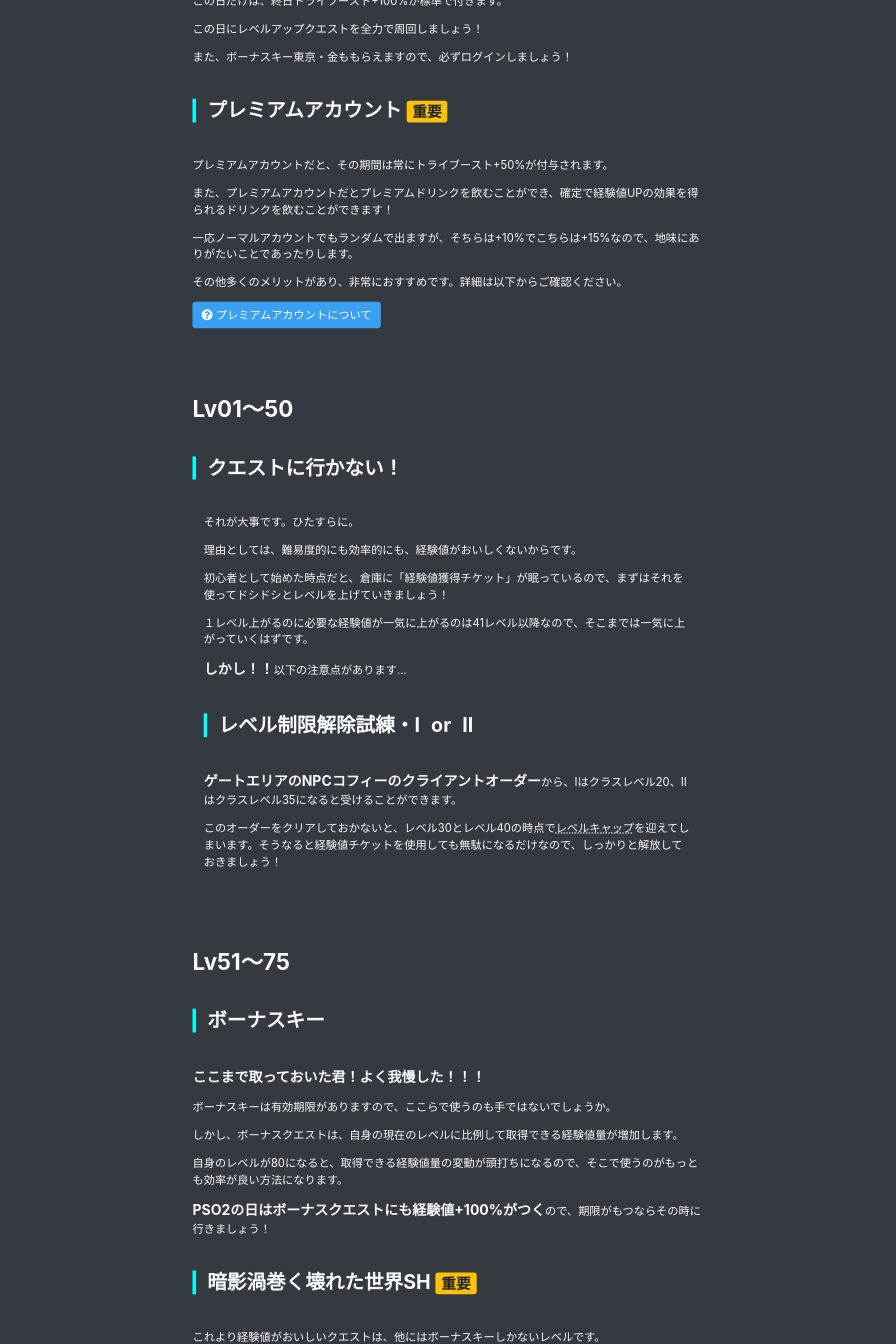
Repository: milkyahonpo/Website_source
Page: docs/capture.html
The author's editor kept a copy of each file at every save. The page is drawn from the files as they stood at one save, then again after the next save.
The browser window is 1280 px wide. The pictures show the part of the page from y = 4580 to 6500 px (the page is 9694 px tall), at 70% of full size.
Some web libraries are served in a nearby version.

Above is the page before, as saved 2020-01-24 12:38:32.

### docs/capture.html
<!DOCTYPE html>
<html lang="ja">
  <head>
    <!-- Required meta tags -->
    <meta charset="utf-8">
    <meta name="viewport" content="width=device-width, initial-scale=1, shrink-to-fit=no">
    <!-- Bootstrap CSS -->
    <link rel="stylesheet" href="https://stackpath.bootstrapcdn.com/bootstrap/4.3.1/css/bootstrap.min.css" integrity="sha384-ggOyR0iXCbMQv3Xipma34MD+dH/1fQ784/j6cY/iJTQUOhcWr7x9JvoRxT2MZw1T" crossorigin="anonymous">
    <!-- My CSS -->
    <link rel="stylesheet" href="css/capture.css">
    <!-- favicon -->
    <link rel="shortcut icon" href="img/favicon.ico">
    <!-- Font Awesome -->
    <link href="https://use.fontawesome.com/releases/v5.6.1/css/all.css" rel="stylesheet">
    <!-- Google Fonts -->
    <link href="https://fonts.googleapis.com/css?family=Titillium+Web&display=swap" rel="stylesheet">

    <title>みるく屋本舗 - 攻略本 -</title>
  </head>

  <body>
  <!-- Navigation -->
  <nav class="navbar navbar-expand-lg navbar-light fixed-top py-3" id="mainNav">
    <div class="container">
      <a class="navbar-brand" href="index.html">
        <img src="./img/logo.png" width="50" height="50" alt="">
        <b>みるく屋本舗</b>
      </a>
      <button class="navbar-toggler navbar-togglar-right" type="button" data-toggle="collapse" data-target="#navbarResponsive" aria-controls="navbarResponsive" aria-expanded="false" aria-label="Toggle navigation">
        <span class="navbar-toggler-icon"></span>
      </button>
      <div class="collapse navbar-collapse" id="navbarResponsive">
        <ul class="navbar-nav ml-auto my-2 my-lg-0">
          <li class="nav-item">
            <a class="nav-link js-scroll-trigger" href="#basic">基礎知識</a>
          </li>
          <li class="nav-item">
            <a class="nav-link js-scroll-trigger" href="#lv1-50">Lv01～Lv50</a>
          </li>
          <li class="nav-item">
            <a class="nav-link js-scroll-trigger" href="#lv51-75">Lv51～Lv75</a>
          </li>
          <li class="nav-item">
            <a class="nav-link js-scroll-trigger" href="#lv76-80">Lv76～Lv80</a>
          </li>
          <li class="nav-item">
            <a class="nav-link js-scroll-trigger" href="#lv81-90">Lv81～Lv90</a>
          </li>
        </ul>
      </div>
    </div>
  </nav>
  <!-- About Section -->
  <section class="page-section h-100 bg-dark text-light">
    <div class="container h-100">
      <div class="row h-100 justify-content-center align-items-center">
        <div class="col-lg-8">
          <h2 class="display-1 mt-0 font-weight-bold text-center"><span style="color: cyan;">攻</span>略本</h2>
          <hr class="divider my-4">
          <p class="lead text-center">チムメンに役立つ育成情報を掲載します！</p>
          <p class="text-center"><small>最終更新 : 2020/01/23</small></p>
        </div>
      </div>
    </div>
  </section>

  <section class="page-section bg-dark text-light">
    <div class="container">
      <div class="row py-5 justify-content-center" id="basic">
        <div class="col-md-8">
          <h2 class="font-weight-bold">基礎知識</h2>
          <h3 class="my-5 pl-3"><strong class="font-weight-bold">メインクラスとサブクラス</strong></h3>
          <p>
            PSO2には「メインクラス」と「サブクラス」があります。
            <ul>
              <li>「メインクラス」装備できる武器に影響するクラス</li>
              <li>「サブクラス」一部のスキルとステータスの影響を受けるクラス<br>
            </ul>
            以下にクラス一覧と、その装備できる武器について示します。
          <p>
          <p class="alert alert-info">ガンスラッシュはどのクラスでも使用することができます。</p>
          <h4>通常クラス</h4>
          <table class="table table-striped table-hover my-3 table-dark">
            <tr><th>アイコン</th><th>クラス名</th><th>略称</th><th>装備できる武器</th></tr>
            <tr><td><img class="img-thumbnail" src="img/Hu.png"　style="display: inline-block" width="50px" height="auto"></td><td><a href="https://pso2.swiki.jp/index.php?%E3%83%8F%E3%83%B3%E3%82%BF%E3%83%BC">ハンター</a></td><td>Hu</td><td><ul><li>ソード</li><li>ワイヤードランス</li><li>パルチザン</li></ul></td></tr>
            <tr><td><img class="img-thumbnail" src="img/Fi.png"　style="display: inline-block" width="50px" height="auto"></td><td><a href="https://pso2.swiki.jp/index.php?%E3%83%95%E3%82%A1%E3%82%A4%E3%82%BF%E3%83%BC">ファイター</a></td><td>Fi</td><td><ul><li>ツインダガー</li><li>ダブルセイバー</li><li>ナックル</li></ul></td></tr>
            <tr><td><img class="img-thumbnail" src="img/Ra.png"　style="display: inline-block" width="50px" height="auto"></td><td><a href="https://pso2.swiki.jp/index.php?%E3%83%AC%E3%83%B3%E3%82%B8%E3%83%A3%E3%83%BC">レンジャー</a></td><td>Ra</td><td><ul><li>ランチャー</li><li>アサルトライフル</li></ul></td></tr>
            <tr><td><img class="img-thumbnail" src="img/Gu.png"　style="display: inline-block" width="50px" height="auto"></td><td><a href="https://pso2.swiki.jp/index.php?%E3%82%AC%E3%83%B3%E3%83%8A%E3%83%BC">ガンナー</a></td><td>Gu</td><td><ul><li>ツインマシンガン</li><li>アサルトライフル</li></ul></td></tr>
            <tr><td><img class="img-thumbnail" src="img/Fo.png"　style="display: inline-block" width="50px" height="auto"></td><td><a href="https://pso2.swiki.jp/index.php?%E3%83%95%E3%82%A9%E3%83%BC%E3%82%B9">フォース</a></td><td>Fo</td><td><ul><li>ロッド</li><li>タリス</li></ul></td></tr>
            <tr><td><img class="img-thumbnail" src="img/Te.png"　style="display: inline-block" width="50px" height="auto"></td><td><a href="https://pso2.swiki.jp/index.php?%E3%83%86%E3%82%AF%E3%82%BF%E3%83%BC">テクター</a></td><td>Te</td><td><ul><li>ウォンド</li><li>タリス</li></ul></td></tr>
            <tr><td><img class="img-thumbnail" src="img/Br.png"　style="display: inline-block" width="50px" height="auto"></td><td><a href="https://pso2.swiki.jp/index.php?%E3%83%96%E3%83%AC%E3%82%A4%E3%83%90%E3%83%BC">ブレイバー</a></td><td>Br</td><td><ul><li>カタナ</li><li>バレットボウ</li></ul></td></tr>
            <tr><td><img class="img-thumbnail" src="img/Bo.png"　style="display: inline-block" width="50px" height="auto"></td><td><a href="https://pso2.swiki.jp/index.php?%E3%83%90%E3%82%A6%E3%83%B3%E3%82%B5%E3%83%BC">バウンサー</a></td><td>Bo</td><td><ul><li>ジェットブーツ</li><li>デュアルブレード</li></ul></td></tr>
            <tr><td><img class="img-thumbnail" src="img/Su.png"　style="display: inline-block" width="50px" height="auto"></td><td><a href="https://pso2.swiki.jp/index.php?%E3%82%B5%E3%83%A2%E3%83%8A%E3%83%BC">サモナー</a></td><td>Su</td><td><ul><li>タクト</li></ul></td></tr >
          </table>
          <div class="my-5">
            <p>これらの通常クラスのいずれか２つをレベル75にすることで選択可能になる<strong class="lead font-weight-bold">「後継クラス」</strong>というものがあります。</p>
            <p>後継クラスは現状で３つあり、ファントムとエトワールはサブクラスとしてセットすることができますが、メインクラスとして使う場合、<strong class="lead font-weight-bold">全てサブクラスをセットすることができません。</strong>その代わりに、各クラス特徴のある強力なクラススキルを有しており、非常に優秀なクラスとなっています。</p>
          </div>
          <h4>後継クラス</h4>
          <table class="table table-striped table-hover my-3 table-dark">
            <tr><th>アイコン</th><th>クラス名</th><th>略称</th><th>装備できる武器</th></tr>
            <tr><td><img class="img-thumbnail" src="img/Hr.png"　style="display: inline-block" width="50px" height="auto"></td class="align-items-center"><td><a href="https://pso2.swiki.jp/index.php?%E3%83%92%E3%83%BC%E3%83%AD%E3%83%BC">ヒーロー</a></td><td>Hr</td><td><ul><li>ソード</li><li>ツインマシンガン</li><li>タリス</li></ul></td></tr>
            <tr><td><img class="img-thumbnail" src="img/Ph.png"　style="display: inline-block" width="50px" height="auto"></td><td><a href="https://pso2.swiki.jp/index.php?%E3%83%95%E3%82%A1%E3%83%B3%E3%83%88%E3%83%A0">ファントム</a></td><td>Ph</td><td><ul><li>カタナ</li><li>アサルトライフル</li><li>ロッド</li></td></tr>
            <tr><td><img class="img-thumbnail" src="img/Et.png"　style="display: inline-block" width="50px" height="auto"></td><td><a href="https://pso2.swiki.jp/index.php?%E3%82%A8%E3%83%88%E3%83%AF%E3%83%BC%E3%83%AB">エトワール</a></td><td>Et</td><td><ul><li>ダブルセイバー</li><li>デュアルブレード</li><li>ウォンド</li></td></tr>
          </table>
          <p>「メインクラス」は、当然ですが入手した経験値の100%が加算されます。</p>
          <p>「サブクラス」も、セットしておくだけでサブクラスがレベル70までは<strong class="lead font-weight-bold">メインクラスが獲得した経験値の25%</strong>が加算されます。</p>
          <p>そのため、必ずサブクラスをつけておきましょう。</p>

          <h3 class="my-5 pl-3"><strong class="font-weight-bold"><abbr title="特殊能力(DL先のファイルに詳細)">OP</abbr>・<abbr title="S級特殊能力(DL先のファイルに詳細)">SOP</abbr>付け</strong></h3>
          <p>PSO2の武器や<abbr title="防具のこと">ユニット</abbr>には、OPと呼ばれる特殊能力を付与することができます。</p>
          <p>これを付けていないとどれだけ頑張っても火力が出なかったり、伸び悩んでしまう原因になります。</p>
          <p>最初のうちに理解するのは難しい要素でもあるのですが、以下のファイルにOPの付け方をまとめてあるので、ダウンロードして必ず理解するようにしましょう！！</p>
          <a class="text-decoration-none" href="./document/PSO2 OP付け覚書.pdf" download="PSO2 OP付け覚書.pdf">
            <button class="btn btn-primary">
              <span class="text-decoration-none"><i class="fas fa-download"></i><b class="px-1">PSO2 OP付け覚書.pdf</b></span>
            </button>
          </a>
          <h3 class="my-5 pl-3"><strong class="font-weight-bold">ブーストアイテム</strong></h3>
          <p>PSO2には、経験値やメセタやレアドロの確率を一時的に上昇させる、トライブーストをはじめとした「ブーストアイテム」が多種類存在します。</p>
          <p>経験値を稼ぐためには、ブーストを使用したほうが有利ですので、必ず使用してクエストに行くことを忘れないようにしましょう。</p>
          <p>同じ名前のブーストアイテムを使用しても効果は多くならないので、違う名前のブーストを組み合わせることでより良い効果を得ることができます。</p>
          <p>元々の経験値を100%とすると...</p>
          <div class="card mb-3 text-dark">
            <div class="card-body">
            <p><b>例１)トライブースト+100%と経験値+75%を使用した場合の経験値取得率</b></p>
            <strong class="my-1 display-4"><var>100</var> + <var>100</var> + <var>75</var> = <var>275</var>%</strong>
            </div>
          </div>
          <p>上記のように、ブーストアイテムの効果は加算によって求められます。</p>

          <h3 class="my-5 pl-3"><strong class="font-weight-bold">パーティーブースト </strong><span class="badge badge-warning">重要</span></h3>
          <p>PSO2では、パーティーを組むことによって「パーティーブースト」と呼ばれる、<abbr title="略称「トラブ」 メセタ、レアドロ、経験値獲得量UP">トライブースト</abbr>が付与されます。</p>
          <p>先ほどのブーストアイテムについての項目でお話しましたが、ブーストアイテムの効果は加算によって求めることができます。</p>
          <p>しかし、<strong class="lead font-weight-bold">パーティーブーストだけは乗算でかかります。</strong>パーティーが二人以上の場合のパーティーの人数をXとすると、パーティーブーストは1.X倍になります。</p>
          <div class="card mb-3 text-dark">
            <div class="card-body">
            <p><b>例２)例１の場合でパーティー４人の場合の経験値取得率</b></p>
            <strong class="my-1 display-4"><var>275</var> * <var>1.4</var> = <span class="enh"><var>385</var>%</span></strong><br>
            </div>
          </div>
          <p>絶対に４人パーティーで行きましょう！</p>

          <h3 class="my-5 pl-3"><strong class="font-weight-bold">PSO2の日(毎月2日 +プレミアムは22日)</strong></h3>
          <p>この日だけは、終日トライブースト+100%が標準で付きます。</p>
          <p>この日にレベルアップクエストを全力で周回しましょう！</p>
          <p>また、ボーナスキー東京・金ももらえますので、必ずログインしましょう！</p>

          <h3 class="my-5 pl-3"><strong class="font-weight-bold">プレミアムアカウント </strong><span class="badge badge-warning">重要</span></h3>
          <p>プレミアムアカウントだと、その期間は常にトライブースト+50%が付与されます。</p>
          <p>また、プレミアムアカウントだとプレミアムドリンクを飲むことができ、確定で経験値UPの効果を得られるドリンクを飲むことができます！</p>
          <p>一応ノーマルアカウントでもランダムで出ますが、そちらは+10%でこちらは+15%なので、地味にありがたいことであったりします。</p>
          <p>その他多くのメリットがあり、非常におすすめです。詳細は以下からご確認ください。</p>
          <a href="http://pso2.jp/players/manual/preparations/ac/#sys-manual-513"><button class="btn btn-primary"><i class="fas fa-question-circle"></i> プレミアムアカウントについて</button></a>
        </div>
      </div>
      <div class="row py-5 justify-content-center" id="lv1-50">
        <div class="col-lg-8">
          <h2><b>Lv01～50</b></h2>
          <h3 class="my-5 pl-3"><strong class="font-weight-bold">クエストに行かない！</strong></h3>
          <section class="px-3">
            <p>それが大事です。ひたすらに。</p>
            <p>理由としては、難易度的にも効率的にも、経験値がおいしくないからです。</p>
            <p>初心者として始めた時点だと、倉庫に「経験値獲得チケット」が眠っているので、まずはそれを使ってドシドシとレベルを上げていきましょう！</p>
            <p>１レベル上がるのに必要な経験値が一気に上がるのは41レベル以降なので、そこまでは一気に上がっていくはずです。</p>
            <p><strong class="lead font-weight-bold">しかし！！</strong>以下の注意点があります...</p>
            <h3 class="my-5 pl-3"><strong class="font-weight-bold">レベル制限解除試練・Ⅰ<span class="mx-3">or</span>Ⅱ</strong></h3>
            <p><strong class="lead font-weight-bold">ゲートエリアのNPCコフィーのクライアントオーダー</strong>から、Ⅰはクラスレベル20、Ⅱはクラスレベル35になると受けることができます。</p>
            <p>このオーダーをクリアしておかないと、レベル30とレベル40の時点で<abbr title="レベルがそれ以上上がらない状態になること">レベルキャップ</abbr>を迎えてしまいます。そうなると経験値チケットを使用しても無駄になるだけなので、しっかりと解放しておきましょう！</p>
        </div>
      </div>
      <div class="row py-5 justify-content-center" id="lv51-75">
        <div class="col-lg-8">
          <h2 class="mb-5"><b>Lv51～75</b></h2>
          <h3 class="my-5 pl-3"><strong class="font-weight-bold">ボーナスキー</strong></h3>
          <p><strong class="lead font-weight-bold">ここまで取っておいた君！よく我慢した！！！</strong></p>
          <p>ボーナスキーは有効期限がありますので、ここらで使うのも手ではないでしょうか。</p>
          <p>しかし、ボーナスクエストは、自身の現在のレベルに比例して取得できる経験値量が増加します。</p>
          <p>自身のレベルが80になると、取得できる経験値量の変動が頭打ちになるので、そこで使うのがもっとも効率が良い方法になります。</p>
          <p><strong class="lead font-weight-bold">PSO2の日はボーナスクエストにも経験値+100%がつく</strong>ので、期限がもつならその時に行きましょう！</p>

          <h3 class="my-5 pl-3"><strong class="font-weight-bold">暗影渦巻く壊れた世界SH </strong><span class="badge badge-warning">重要</span></h3>
          <p>これより経験値がおいしいクエストは、他にはボーナスキーしかないレベルです。</p>
          <p>圧倒的経験値効率を誇るクエストなので、レベリングには必ず行きましょう！</p>
          <p><strong class="lead font-weight-bold">レベルアップクエストの仕様上、5日周期で1日来る</strong>ので必ずチェックしておきましょう。</p>

          <h3 class="my-5 pl-3"><strong class="font-weight-bold">クラスごとの<abbr title="スキルポイント スキルツリーのスキルを取得するために必要になる レベル1UPごとに1SP">SP</abbr>取得クライアントオーダー </strong><span class="badge badge-warning">重要</span></h3>
          <p>レベル75になると、クラスキューブというアイテムを渡すことによって、クラスごとにSPを獲得できるクライアントオーダーが解放されます。</p>
          <p>クラスキューブとは、ハンターであれば「Huエクスキューブ」といったような、クラスの略称がついたアイテムになります。</p>
          <p>全てのクラス共通で、最初は1個、次は2個、3個、4個と要求数が増えていき、全4つのオーダーで合計10個のクラスキューブが必要になります。</p>
          <p><strong class="lead font-weight-bold">ゲートエリアのNPCシロナの「トレジャーショップ」</strong>から、SGまたはメセタを使用してクラスキューブを購入することができます。売っているクラスキューブは日替わりなので、自分の欲しいクラスキューブが陳列された時に購入しましょう！</p>

          <p>また、レベル90のレベルキャップに到達した状態でレベルアップすることで、そのクラスのクラスキューブを<strong class="lead font-weight-bold">レベルアップごとに７個</strong>取得することができます。</p>
        </div>
      </div>
          <!--
          <h3 class="my-5 pl-3"><strong class="font-weight-bold">レベル75制限解除試験・○○ </strong><span class="badge badge-info">後継クラスのみ</span></h3>
          <p>レベル75制限解除試験とは、その名の通りレベル75のレベルキャップを解放するクライアントオーダーです。</p>
          <p>これまでもレベル30の時点やレベル40の時点にも存在したものと同じになります。</p>
          <p>このレベルキャップ解放はクラスごとにクリアする必要があります。</p>
          <p>条件は、<br>
          <strong class="lead font-weight-bold">「<abbr title="ガンスラッシュは対象外です">メインクラスで装備できる武器種</abbr>の☆13以上を+35まで強化する」</strong><br>
          というものになります。</p>
          <p><strong class="lead font-weight-bold">ゲートエリアのNPCプリンの「コレクトシート」</strong>で、☆13武器の+35をゲットするだけで達成することができます。</p>
          <p>コレクトシートとは、数あるアイテムの中から自身が欲しいアイテムを選択し、そのアイテムのシートを入手したのちに、シート中に記載されている必要項目を全達成することで対象のアイテムが入手できるというものです。</p>
          <p>それぞれの項目に指定された条件を達成すると項目のゲージが上昇していき、ゲージが最大になった時にドロップするアイテムを入手することで項目が達成されます。</p>
          <p>基本的にコレクトシートの項目の条件は、入手した時点で開催されている緊急クエストや期間限定クエストで達成できるものが設定されているので、どんどん参加しましょう！</p>
          -->

      <div class="row py-5 justify-content-center" id="lv76-80">
        <div class="col-lg-8">
          <h2 class="mb-5"><b>Lv76～80</b></h2>
          <h3 class="my-5 pl-3"><strong class="font-weight-bold">必要経験値の異常なまでの上昇 </strong><span class="badge badge-danger">難関</span></h3>
          <p><strong class="lead font-weight-bold">今までとは比べ物にならないくらいにレベルが上がらなくなってきます。</strong></p>
          <p>ただ、昔のPSO2と比較したら今はボーナスキーもあり、レベルアップクエストなんてものもあり、
          そのうえPSO2の日では経験値+100%で、プレミアムなら毎日トライブースト+50%もつくだって！？</p>
          <strong class="lead font-weight-bold">めげずに頑張りましょう！私たちがついています！</strong>

          <h3 class="my-5 pl-3"><strong class="font-weight-bold">ボーナスキー </strong></h3>
          <p>それはここでも同じです。</p>
          <p>PSO2で経験値が一番おいしいクエストは間違いなくボーナスキー！</p>
          <p>手に入れたらPSO2の日をねらって絶対に行きましょう！</p>
          <p>(ブーストアイテムを忘れずにね！)</p>

          <h3 class="my-5 pl-3"><strong class="font-weight-bold">暗影渦巻く壊れた世界XH </strong><span class="badge badge-success">更新時点 推奨</span></h3>
          <p>現状最強武器の「リバレイト〇〇」という武器の入手にはクラスキューブが必要になります。</p>
          <p>また、2020/02/05まで開催されている<a href="http://pso2.jp/players/event/newyear2020/">SPACE MAGATSU DESTROYERS</a>の個人ポイント獲得はこの暗影でもためることができ、暗影は1周2分で周回できるので非常に高効率となっています。(本来あってはならないことかもしれませんが...)</p>
          <p>以上の理由から、現時点では高レベルのプレイヤーも暗影を周回しており、人がすぐに集まることも多いため、以下に記載してあるSHを周回するよりも圧倒的に高効率でレベルアップすることができます。</p>

          <h3 class="my-5 pl-3"><strong class="font-weight-bold">暗影渦巻く壊れた世界SH </strong><span class="badge badge-secondary">更新時点 非推奨</span></h3>
          <p>「え？なんでまだこの段階でもXH行かないの？」</p>
          <p>そう思う方も多いことでしょう。</p>
          <p>試しにXHに行ってみた方はわかると思いますが、
          <strong class="lead font-weight-bold">クエストに12人いることのほうが少ないです。</strong></p>
          <p>理由はSHとXHの受注可能なレベル帯の差にあります。</p>
          <p>SHはレベル50から受注可能で、XHには、メインサブの双方を75まで上げないと行けません。</p>
          <p>なので、SHを回るのは、75-50=レベル25分の幅の方で、
          なおかつメインはレベル75であってもサブはまだという方も含まれます。</p>
          <p>それに対してXHはレベル75から受注可能で、最大はレベル90です。</p>
          <p>なので、XHを回るのは、90-75=レベル15分の幅の方で、
          なおかつメインサブ双方が75以上である方です。</p>
          <p>それゆえに、暗影で人数が集まるのは必然的にSHとなるわけです。</p>
          <p>人数が集まるということは、パーティーが組めるのでブーストがのる。</p>
          <p><strong class="lead font-weight-bold">そういうことです！</strong></p>

          <h3 class="my-5 pl-3"><strong class="font-weight-bold">クラスごとのSP取得クライアントオーダー </strong></h3>
          <p>Lv51～75で前述のとおりです。</p>
          <p>もしもレベル75の時点でやっていなかったのであれば、必ずここで済ませてしまいましょう！</p>

          <!--
          <h3 class="my-5 pl-3"><strong class="font-weight-bold">レベル80制限解除試験・○○ </strong></h3>
          <p>「またレベルキャップか・・・」</p>
          <p>安心してください。今回のは<b>めちゃくちゃ簡単</b>です。</p>
          <p>レベルを75にした時点で称号報酬でもらっていた、３つの<strong class="lead font-weight-bold">「サブ／ステラウォール」</strong>というユニット。</p>
          <p>若しくは、ここまで暗影を周回している人なら持っているであろう「ウェポンズバッジ2019」。</p>
          <p>それとバッジ交換ショップで交換できる☆12ユニットの、</p>
          <p><strong class="lead font-weight-bold">「リア／サーキュレイ」、「アーム／サーカレイ」、「レッグ／サークレイ」</strong>。</p>
          <p>そのどちらかのシリーズを全て+10にしてから装備して話しかけるだけで達成できます。</p>
          <p>ユニットの強化は、武器と比較してものすごく簡単なので、
          強化値+7までは補助アイテム何も無しで上げていき、
          +8以降は、「強化成功率+5%」と「強化リスク軽減(+1)」を使用して上げていくだけで十分です。</p>
          <p>もっていないのであれば、どちらも非常に安価にマイショップで販売していますので、
          どんどん上げて、ぱぱっと報告してしまいましょう！</p>
          -->
        </div>
      </div>
      <div class="row py-5 justify-content-center" id="lv81-90">
        <div class="col-lg-8">
          <h2 class="mb-5"><b>Lv81～90</b></h2>
          <h3 class="my-5 pl-3 display-4"><font color="orange">気合 <i class="fas fa-exclamation"></i></font></h3>
          <p>今までの知識をすべて駆使してレベルを上げていきましょう。</p>
          <p>ブースト、ボーナスキー、暗影...</p>
          <p><b style="font-size: 20px">頂上はもうすぐです！</b></p>
        </div>
      </div>
    </div>
  </div>
</section>
  <!-- Footer -->
  <footer class="bg-light py-5">
    <div class="container">
      <div class="small text-center text-muted">※当サイトの一部の掲載画像等に関する権利は、株式会社セガゲームズに帰属しています。</div>
      <div class="small text-center text-muted">Copyright &copy; 2019 - MYH / SEGA PHANTASY STAR ONLINE 2</div>
    </div>
  </footer>

  <!-- Bootstrap core JavaScript -->
  <script src="vendor/jquery/jquery.min.js"></script>
  <script src="vendor/bootstrap/js/bootstrap.bundle.min.js"></script>

  <!-- Plugin JavaScript -->
  <script src="vendor/jquery-easing/jquery.easing.min.js"></script>
  <script src="vendor/magnific-popup/jquery.magnific-popup.min.js"></script>

  <!-- Custom scripts for this template -->
  <script src="js/creative.min.js"></script>

    <!-- Optional JavaScript -->
    <!-- jQuery first, then Popper.js, then Bootstrap JS -->
    <script src="https://code.jquery.com/jquery-3.3.1.slim.min.js" integrity="sha384-q8i/X+965DzO0rT7abK41JStQIAqVgRVzpbzo5smXKp4YfRvH+8abtTE1Pi6jizo" crossorigin="anonymous"></script>
    <script src="https://cdnjs.cloudflare.com/ajax/libs/popper.js/1.14.7/umd/popper.min.js" integrity="sha384-UO2eT0CpHqdSJQ6hJty5KVphtPhzWj9WO1clHTMGa3JDZwrnQq4sF86dIHNDz0W1" crossorigin="anonymous"></script>
    <script src="https://stackpath.bootstrapcdn.com/bootstrap/4.3.1/js/bootstrap.min.js" integrity="sha384-JjSmVgyd0p3pXB1rRibZUAYoIIy6OrQ6VrjIEaFf/nJGzIxFDsf4x0xIM+B07jRM" crossorigin="anonymous"></script>
  </body>
</html>

### docs/js/creative.min.js
/*!
 * Start Bootstrap - Creative v5.1.6 (https://startbootstrap.com/template-overviews/creative)
 * Copyright 2013-2019 Start Bootstrap
 * Licensed under MIT (https://github.com/BlackrockDigital/startbootstrap-creative/blob/master/LICENSE)
 */

!function (e) { "use strict"; e('a.js-scroll-trigger[href*="#"]:not([href="#"])').click(function () { if (location.pathname.replace(/^\//, "") == this.pathname.replace(/^\//, "") && location.hostname == this.hostname) { var a = e(this.hash); if ((a = a.length ? a : e("[name=" + this.hash.slice(1) + "]")).length) return e("html, body").animate({ scrollTop: a.offset().top - 72 }, 1e3, "easeInOutExpo"), !1 } }), e(".js-scroll-trigger").click(function () { e(".navbar-collapse").collapse("hide") }), e("body").scrollspy({ target: "#mainNav", offset: 75 }); function a() { 100 < e("#mainNav").offset().top ? e("#mainNav").addClass("navbar-scrolled") : e("#mainNav").removeClass("navbar-scrolled") } a(), e(window).scroll(a)/*, e("#portfolio").magnificPopup({ delegate: "a", type: "image", tLoading: "Loading image #%curr%...", mainClass: "mfp-img-mobile", gallery: { enabled: !0, navigateByImgClick: !0, preload: [0, 1] }, image: { tError: '<a href="%url%">The image #%curr%</a> could not be loaded.' } })*/ }(jQuery);

Loaded but not shown: docs/css/capture.css (library); docs/vendor/jquery/jquery.min.js (library); docs/vendor/bootstrap/js/bootstrap.bundle.min.js (library); docs/vendor/jquery-easing/jquery.easing.min.js (common file); docs/vendor/magnific-popup/jquery.magnific-popup.min.js (library)

After the next save:
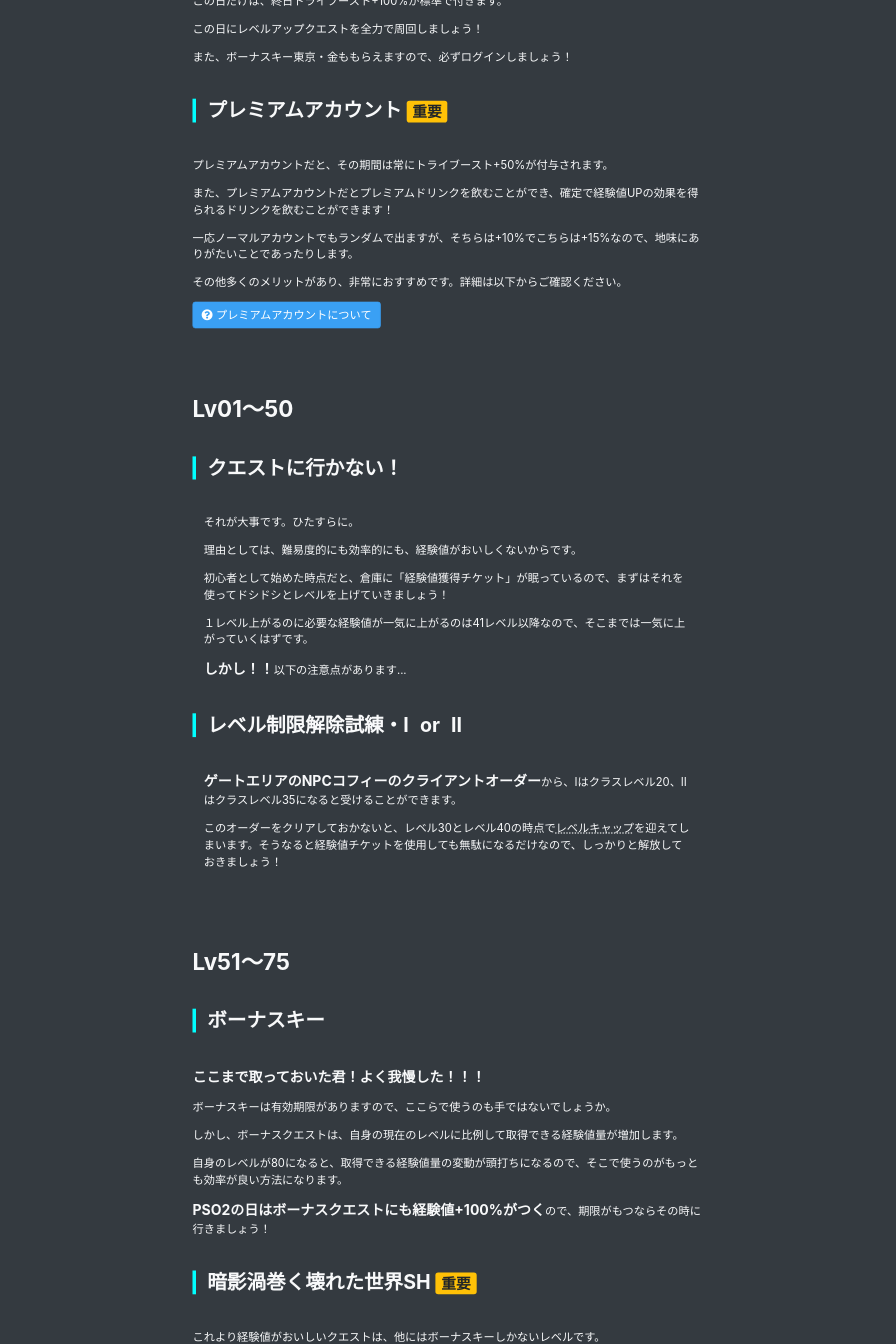
Saved 19 s later.
--- a/docs/capture.html
+++ b/docs/capture.html
@@ -164,9 +164,12 @@
             <p>初心者として始めた時点だと、倉庫に「経験値獲得チケット」が眠っているので、まずはそれを使ってドシドシとレベルを上げていきましょう！</p>
             <p>１レベル上がるのに必要な経験値が一気に上がるのは41レベル以降なので、そこまでは一気に上がっていくはずです。</p>
             <p><strong class="lead font-weight-bold">しかし！！</strong>以下の注意点があります...</p>
-            <h3 class="my-5 pl-3"><strong class="font-weight-bold">レベル制限解除試練・Ⅰ<span class="mx-3">or</span>Ⅱ</strong></h3>
+          </section>
+          <h3 class="my-5 pl-3"><strong class="font-weight-bold">レベル制限解除試練・Ⅰ<span class="mx-3">or</span>Ⅱ</strong></h3>
+          <section class="px-3">
             <p><strong class="lead font-weight-bold">ゲートエリアのNPCコフィーのクライアントオーダー</strong>から、Ⅰはクラスレベル20、Ⅱはクラスレベル35になると受けることができます。</p>
             <p>このオーダーをクリアしておかないと、レベル30とレベル40の時点で<abbr title="レベルがそれ以上上がらない状態になること">レベルキャップ</abbr>を迎えてしまいます。そうなると経験値チケットを使用しても無駄になるだけなので、しっかりと解放しておきましょう！</p>
+          </section>
         </div>
       </div>
       <div class="row py-5 justify-content-center" id="lv51-75">
